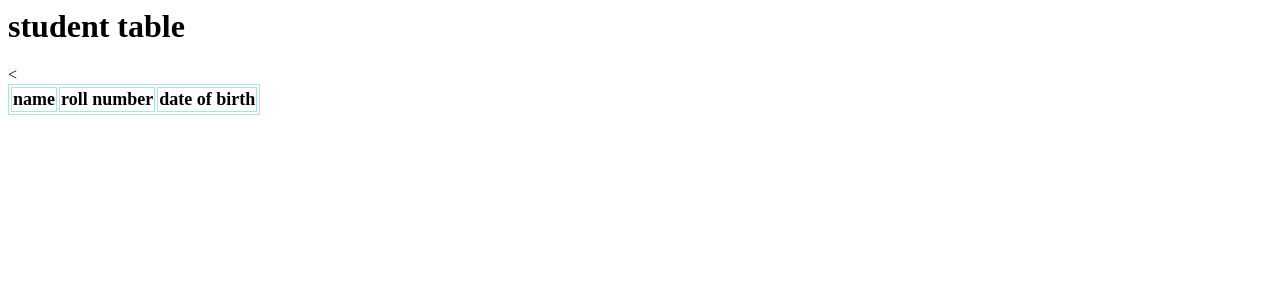
Repository: pratixa-chauhan/practice
Page: style/table3.html
The author's editor kept a copy of each file at every save. The page is drawn from the files as they stood at one save, then again after the next save.
The browser window is 1280 px wide. The pictures show the whole page.

Above is the page before, as saved 2021-12-16 17:25:59.

### style/table3.html
<html>
    <style>
        table,th,td{
            border: 1px solid powderblue;
            font-size: large;
        }
    </style>

        <h1>student table</h1>
        <table style="width: =1000;">
        <th colspan="2">name</th>
        <th>roll number</th>
        <th>date of birth</th>


        <
        </table>

</html>

After the next save:
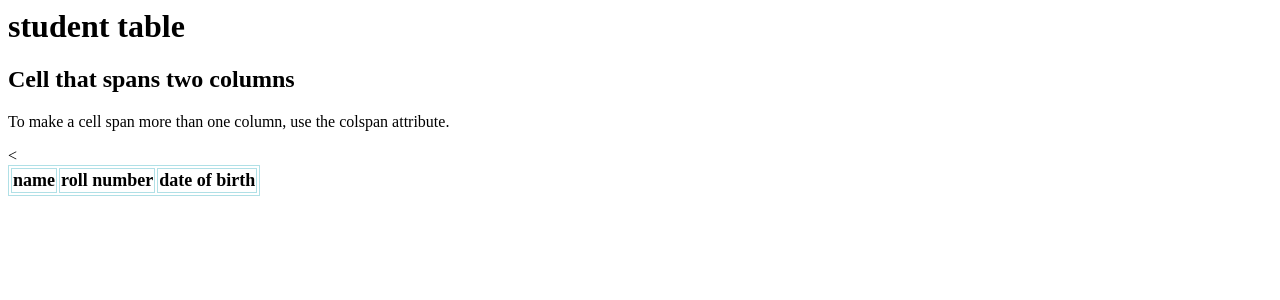
Saved 4 min 15 s later.
--- a/style/table3.html
+++ b/style/table3.html
@@ -7,6 +7,9 @@
     </style>
 
         <h1>student table</h1>
+        <h2>Cell that spans two columns</h2>
+        <p>To make a cell span more than one column, use the colspan attribute.</p>
+
         <table style="width: =1000;">
         <th colspan="2">name</th>
         <th>roll number</th>
